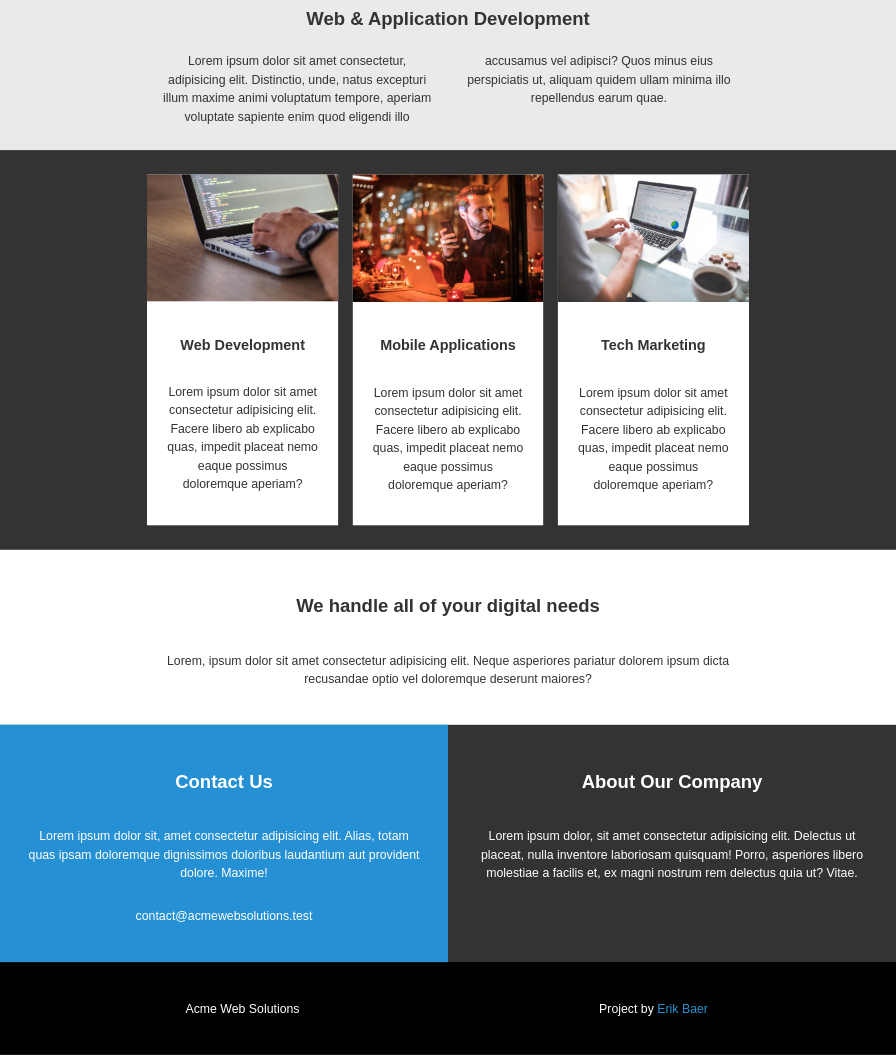
Repository: ErikBaer/MobileFirst
Page: index.html
The author's editor kept a copy of each file at every save. The page is drawn from the files as they stood at one save, then again after the next save.
The browser window is 1280 px wide. The pictures show the part of the page from y = 468 to 2388 px (the page is 1975 px tall before and 3905 px after), at 70% of full size.

Above is the page before, as saved 2020-02-15 04:02:48.

### index.html
<!DOCTYPE html>
<html lang="en">
<head>
    <meta charset="UTF-8">
    <meta name="viewport" content="width=device-width, initial-scale=1.0">
    <link rel="stylesheet" type="text/css" href="style.css">
    <title>Acme Web Solutions</title>
</head>
<body>

<!--Header Showcase -->

   <header id="showcase" class="grid">
    <div class="bg-image"></div>
    <div class="content-wrap">
    <h1>Welcome to Acme Web Solutions</h1>
    <p>Lorem ipsum, dolor sit amet consectetur adipisicing elit.
         Consequuntur voluptas sed, rerum voluptatibus facilis
         earum consectetur repellendus? Natus, consequuntur cum!
        </p>
    <a href="#section-b" class="btn">Read More</a>
    </div>
</header>

<!-- Main Area -->

<main id="main">

    <!-- Section A -->

    <section id="section-a" class="grid">
        <div class="content-wrap">
            <h2 class="content-title">Web & Application Development</h2>
            <div class="content-text">
                <p>Lorem ipsum dolor sit amet consectetur, adipisicing elit.
                    Distinctio, unde, natus excepturi illum maxime animi
                    voluptatum tempore, aperiam voluptate sapiente enim quod
                    eligendi illo accusamus vel adipisci? Quos minus eius
                    perspiciatis ut, aliquam quidem ullam minima illo
                    repellendus earum quae.</p>
            </div>
        </div>
    </section>

    <!-- Section B -->

    <section id="section-b" class="grid">
        <ul>
            <li>
                <div class="card">
                    <img src="./Assets/Coding-Person.jpg" alt="">
                    <div class="card-content">
                        <h3 class="card-title">Web Development</h3>
                        <p>Lorem ipsum dolor sit amet consectetur
                            adipisicing elit. Facere libero ab explicabo
                            quas, impedit placeat nemo eaque possimus
                            doloremque aperiam?</p>
                    </div>
                </div>
            </li>
            <li>
                <div class="card">
                    <img src="./Assets/mobile-man.jpg" alt="">
                    <div class="card-content">
                        <h3 class="card-title">Mobile Applications</h3>
                        <p>Lorem ipsum dolor sit amet consectetur
                            adipisicing elit. Facere libero ab explicabo
                            quas, impedit placeat nemo eaque possimus
                            doloremque aperiam?</p>
                    </div>
                </div>
            </li>
            <li>
                <div class="card">
                    <img src="./Assets/charts.jpg" alt="">
                    <div class="card-content">
                        <h3 class="card-title">Tech Marketing</h3>
                        <p>Lorem ipsum dolor sit amet consectetur
                            adipisicing elit. Facere libero ab explicabo
                            quas, impedit placeat nemo eaque possimus
                            doloremque aperiam?</p>
                    </div>
                </div>
            </li>
        </ul>
    </section>

    <!-- Section C -->
    <section id="section-c" class="grid">
        <div class="content-wrap">
            <h2 class="content-title"> We handle all of your digital needs</h2>
            <p>Lorem, ipsum dolor sit amet consectetur adipisicing elit.
                Neque asperiores pariatur dolorem ipsum dicta recusandae
                 optio vel doloremque deserunt maiores?</p>
        </div>
    </section>

    <!-- Section D -->

    <section id="section-d" class="grid">
        <div class="box">
            <h2 class="content-title">Contact Us</h2>
            <p>Lorem ipsum dolor sit, amet consectetur adipisicing elit.
                 Alias, totam quas ipsam doloremque dignissimos doloribus
                 laudantium aut provident dolore. Maxime!</p>
            <p>contact@acmewebsolutions.test</p>
        </div>
        <div class="box">
            <h2 class="content-title">About Our Company</h2>
            <p>Lorem ipsum dolor, sit amet consectetur adipisicing elit.
                Delectus ut placeat, nulla inventore laboriosam quisquam!
                Porro, asperiores libero molestiae a facilis et, ex magni
                 nostrum rem delectus quia ut? Vitae.</p>
        </div>
    </section>
</main>

<!-- Footer -->

<footer id="main-footer" class="grid">
    <div>Acme Web Solutions</div>
    <div>Project by <a href="www.baerdata.de" target="blank">Erik Baer</a></div>
</footer>

</body>
</html>

### style.css
body {
    margin: 0;
    font-family: Arial, Helvetica, sans-serif;
    background-color: #333;
    color: white;
    font-size:1.1em;
    line-height: 1.5;
    text-align: center;
}

img {
    display:block;
    width:100%;
    height: auto;
}

h1, h2, h3 {
    margin:0;
    padding: 1em 0;
}

p {
    margin: 0;
    padding: 1em 0;
}

.btn {
    display: inline-block;
    background: 333;
    color: white;
    text-decoration: none;
    padding: 1em 2em;
    border: 1px solid #666;
    margin: .5em 0
}

.btn:hover {
  background: #eaeaea;
  color: #333;
}

/* Header Showcase */

#showcase {
    min-height: 450px;
    color: #fff;
    text-align: center;
}

#showcase .bg-image {
    position: absolute;
    background: #333 url(/Assets/code.jpg);
    background-position: center;
    background-repeat: no-repeat;
    background-size: cover;
    width: 100%;
    height: 450px;
    z-index: -1;
    opacity: 0.4;
}

#showcase h1 {
    padding-top: 100px;
    padding-bottom: 0;
}

#showcase .content-wrap,
#section-a .content-wrap {
    padding: 0 1.5em;
}


/* Section A */

#section-a {
    background: #eaeaea;
    color: #333;
    padding-bottom: 2em;
}


/* Section B */

#section-b {
    padding: 2em 1em 1em;
}

#section-b ul {
    list-style:none;
    margin:0;
    padding:0;
}

#section-b li {
    margin-bottom: 1em;
    background: #fff;
    color: #333;

}

.card-content {
    padding: 1.5em;
}

/* Section c */

#section-c {
    background: #fff;
    color: #333;
    padding: 2em;
}

/* Section D / Boxes */

#section-d .box {
    padding: 2em;
    color: #fff;
}

#section-d .box:first-child {
    background: #2690d4;
}

/* Footer */

#main-footer {
    padding: 3em;
    background: #000;
    color: white;
    text-align: center;
}

#main-footer a {
    color: #2690d4;
    text-decoration: none;
}

/* Media Queries */

@media(min-width: 700px) {
    .grid {
        display: grid;
        grid-template-columns: 1fr repeat(2, minmax(auto, 25em))1fr;
    }

    #section-a .content-text {
        columns: 2;
        column-gap: 2em;
    }

    #section-a .content-text p {
        padding-top: 0;
    }

    .content-wrap,
     #section-b ul {
         grid-column: 2/4;
     }

     .box, #main-footer div {
         grid-column: span 2;
     }

     #section-b ul {
         display:flex;
         justify-content: space-around;
     }

     #section-b li {
         width: 31%;
     }
}

After the next save:
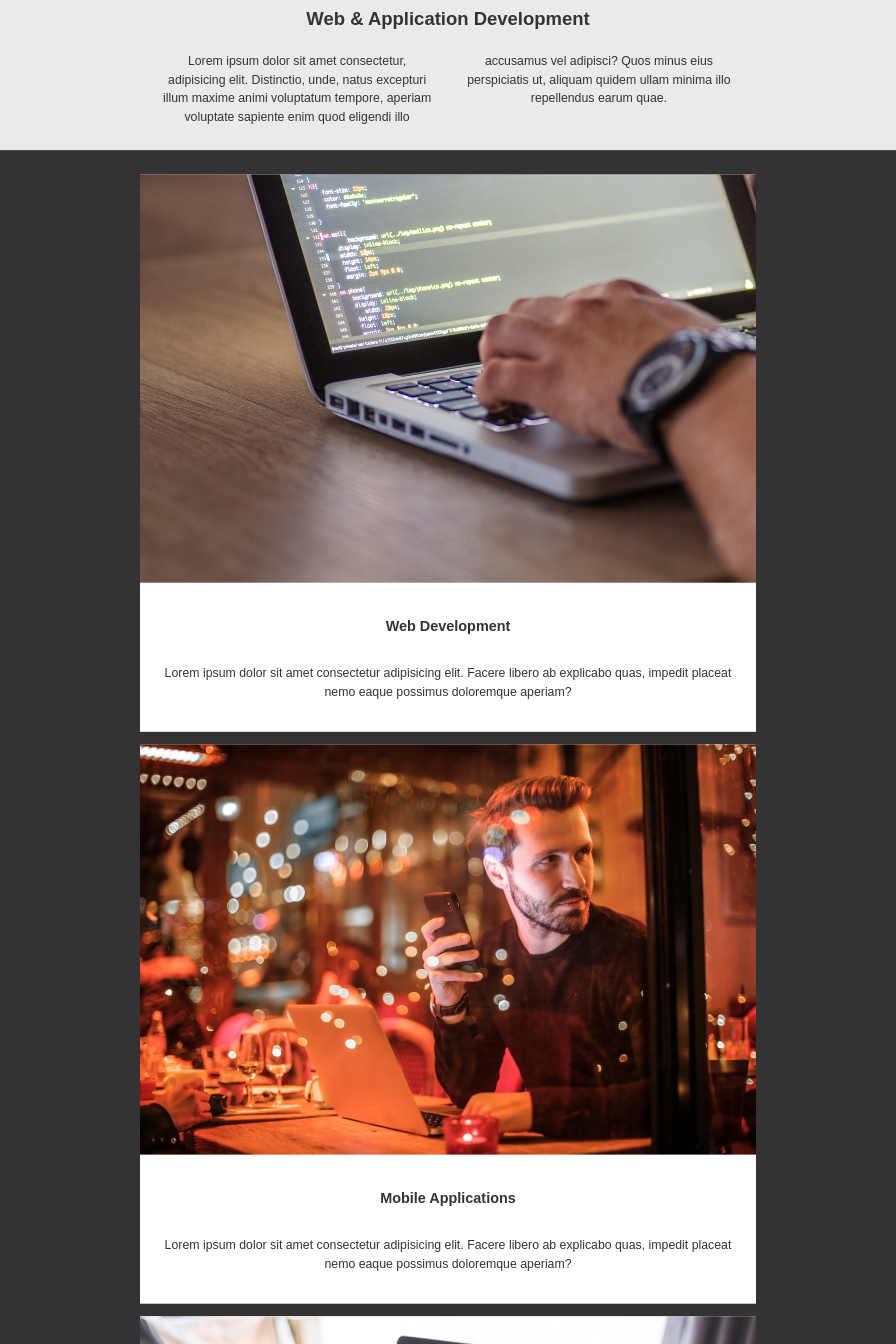
Saved 10 min 39 s later.
--- a/style.css
+++ b/style.css
@@ -161,12 +161,6 @@ p {
          grid-column: span 2;
      }
 
-     #section-b ul {
-         display:flex;
-         justify-content: space-around;
-     }
 
-     #section-b li {
-         width: 31%;
-     }
+
 }
